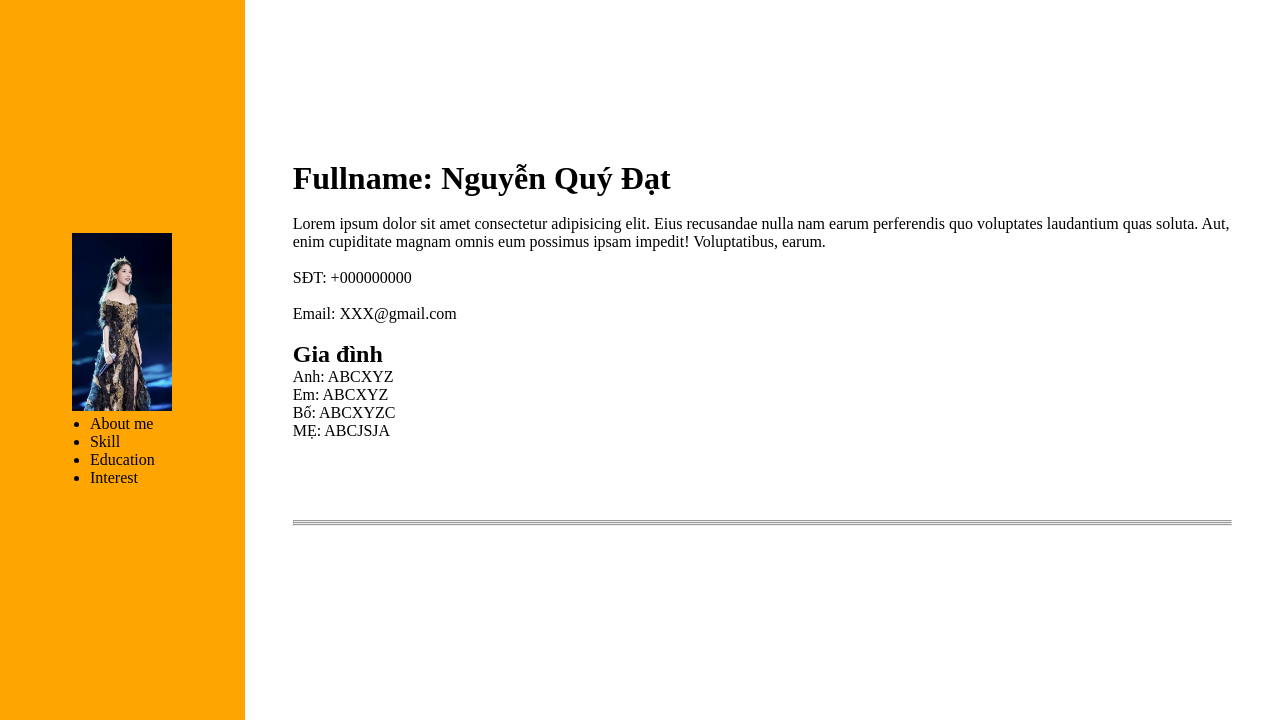
Repository: KinD2704/Web-University
Page: test/index.html
The author's editor kept a copy of each file at every save. The page is drawn from the files as they stood at one save, then again after the next save.
The browser window is 1280 px wide. The pictures show the whole page.

Above is the page before, as saved 2023-12-01 22:39:17.

After the next save:
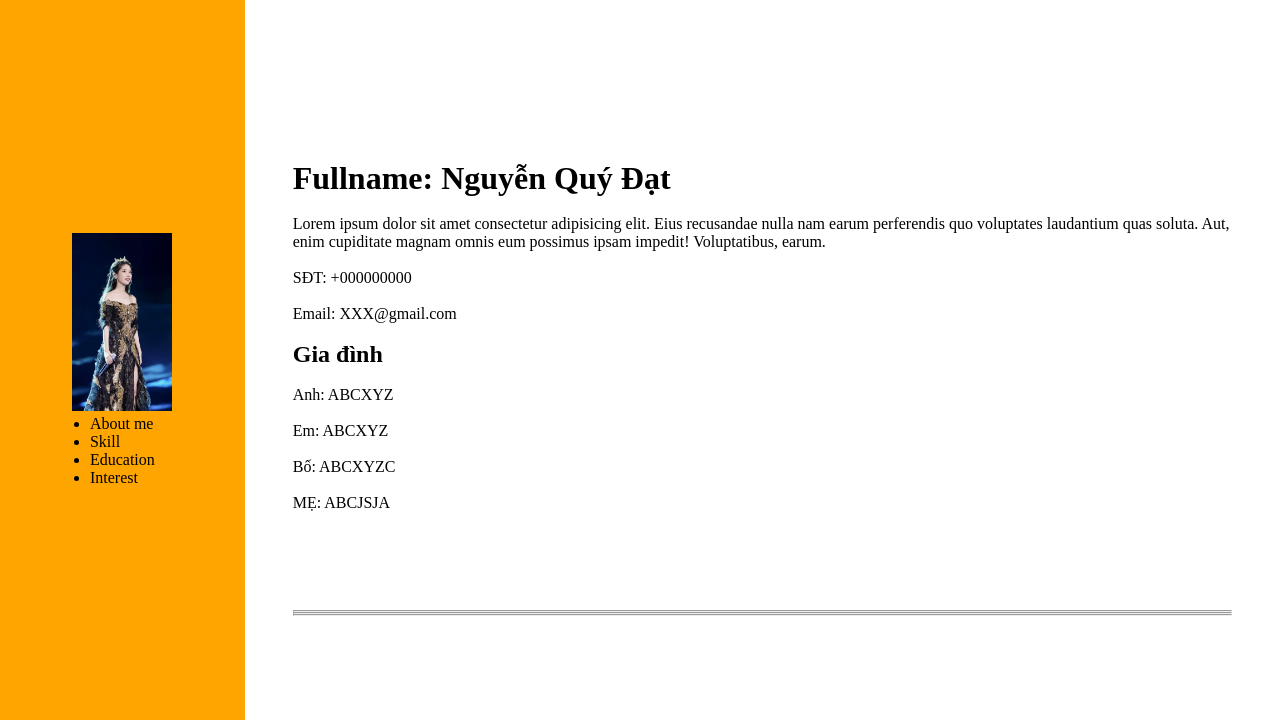
Saved 12 s later.
--- a/test/index.html
+++ b/test/index.html
@@ -42,10 +42,15 @@
                     <p>Email: XXX@gmail.com</p>
                     <br />
                     <h2>Gia đình</h2>
+                    <br />
                     <p>Anh: ABCXYZ</p>
+                    <br />
                     <p>Em: ABCXYZ</p>
+                    <br />
                     <p>Bố: ABCXYZC</p>
+                    <br />
                     <p>MẸ: ABCJSJA</p>
+                    <br />
                 </div>
                 <hr />
                 <div class="Skill"></div>
